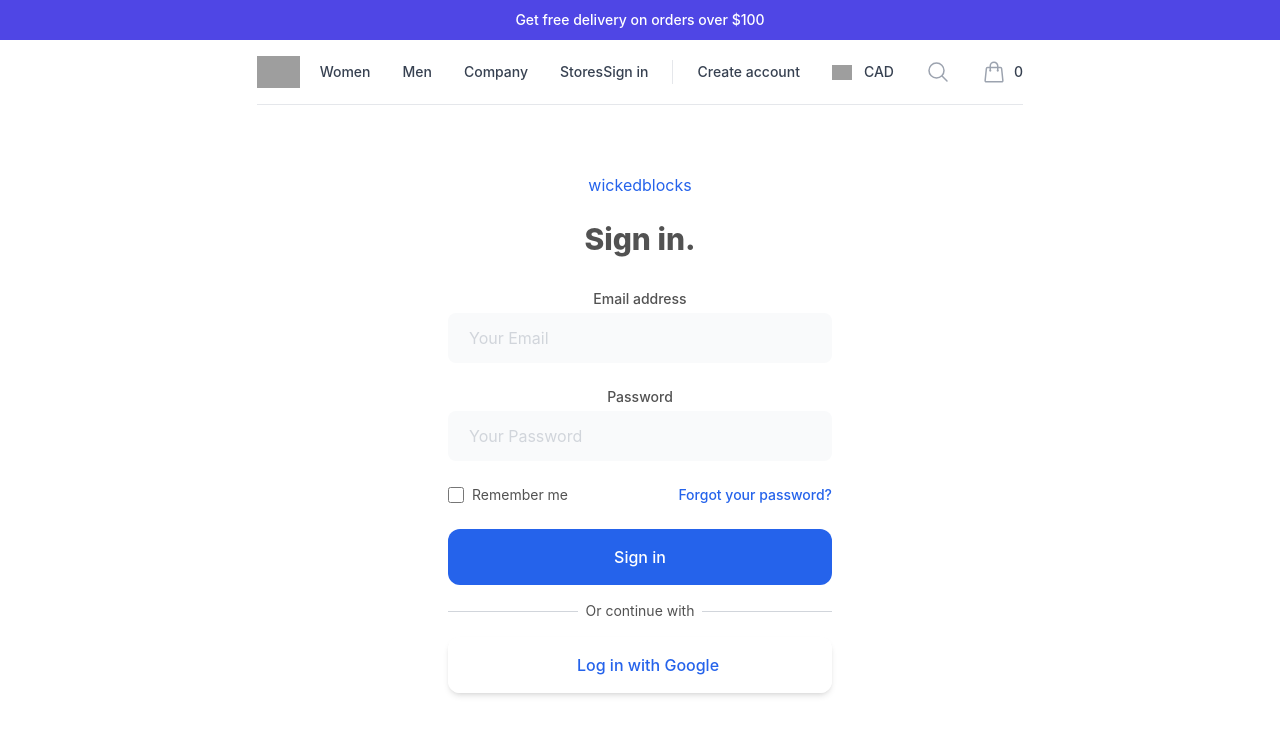
Repository: mehedi9465/Maiden_Wears
Page: /login
The author's editor kept a copy of each file at every save. The page is drawn from the files as they stood at one save, then again after the next save.
The browser window is 1280 px wide. The pictures show the whole page.
Pictures or frames that could not be fetched are drawn as grey boxes. The page's requests for data from a server got no answer. The project was rebuilt for these pictures with package versions that can differ from the ones it lists, and the page was loaded fresh each time. No one was signed in, and anything a server would have sent is missing. Also part of the build but not shown: src/Components/Home/Promo/Promo.js, src/Components/Home/NewArrivals/NewArrivals.js, src/Components/Home/Brands/Brands.js, src/Components/Home/Home/Home.js, src/Components/Authentication/Register/Register.js, src/Components/Products/Products.js.

Above is the page before, as saved 2022-12-29 19:48:17.

### src/App.js
import logo from "./logo.svg";
import "./App.css";
import Navigation from "./Components/Home/Navigation/Navigation";
import Promo from "./Components/Home/Promo/Promo";
import NewArrivals from "./Components/Home/NewArrivals/NewArrivals";
import Brands from "./Components/Home/Brands/Brands";
import Home from "./Components/Home/Home/Home";
import AuthProvider from "./Components/Authentication/context/AuthProvider";
import {
  BrowserRouter,
  BrowserRouter as Router,
  Route,
  Routes,
  useLocation,
} from "react-router-dom";
import Login from "./Components/Authentication/Login/Login";
import Register from "./Components/Authentication/Register/Register";
import Products from "./Components/Products/Products";

function App() {
  return (
    <div className="App">
      <Router>
        <AuthProvider>
          <Navigation />
          <Routes>
            <Route exact path="/" element={<Home />} />
            <Route exact path="/:routeId" element={<Products />} />
            <Route exact path="/login" element={<Login />} />
            <Route exact path="/register" element={<Register />} />
          </Routes>
        </AuthProvider>
      </Router>
    </div>
  );
}

export default App;

### src/Components/Home/Navigation/Navigation.js
import React from "react";
import { Fragment, useState } from "react";
import { Dialog, Transition } from "@headlessui/react";
import { Link } from "react-router-dom";
import {
  Bars3Icon,
  MagnifyingGlassIcon,
  ShoppingBagIcon,
  XMarkIcon,
} from "@heroicons/react/24/outline";

const pages = [
  { name: "women", href: "#" },
  { name: "men", href: "#" },
  { name: "company", href: "#" },
  { name: "stores", href: "#" },
];

const Navigation = () => {
  const [open, setOpen] = useState(false);

  return (
    <div className="bg-white">
      {/* Mobile menu */}
      <Transition.Root show={open} as={Fragment}>
        <Dialog as="div" className="relative z-40 lg:hidden" onClose={setOpen}>
          <Transition.Child
            as={Fragment}
            enter="transition-opacity ease-linear duration-300"
            enterFrom="opacity-0"
            enterTo="opacity-100"
            leave="transition-opacity ease-linear duration-300"
            leaveFrom="opacity-100"
            leaveTo="opacity-0"
          >
            <div className="fixed inset-0 bg-black bg-opacity-25" />
          </Transition.Child>

          <div className="fixed inset-0 z-40 flex">
            <Transition.Child
              as={Fragment}
              enter="transition ease-in-out duration-300 transform"
              enterFrom="-translate-x-full"
              enterTo="translate-x-0"
              leave="transition ease-in-out duration-300 transform"
              leaveFrom="translate-x-0"
              leaveTo="-translate-x-full"
            >
              <Dialog.Panel className="relative flex w-full max-w-xs flex-col overflow-y-auto bg-white pb-12 shadow-xl">
                <div className="flex px-4 pt-5 pb-2">
                  <button
                    type="button"
                    className="-m-2 inline-flex items-center justify-center rounded-md p-2 text-gray-400"
                    onClick={() => setOpen(false)}
                  >
                    <span className="sr-only">Close menu</span>
                    <XMarkIcon className="h-6 w-6" aria-hidden="true" />
                  </button>
                </div>

                <div className="space-y-6 border-t border-gray-200 py-6 px-4">
                  {pages.map((page) => (
                    <div key={page.name} className="flow-root ">
                      <Link
                        to={`/${page}`}
                        className="-m-2 block p-2 font-medium text-gray-900"
                      >
                        <span className="capitalize">{page.name}</span>
                      </Link>
                    </div>
                  ))}
                </div>

                <div className="space-y-6 border-t border-gray-200 py-6 px-4">
                  <div className="flow-root">
                    <Link
                      to="/login"
                      className="-m-2 block p-2 font-medium text-gray-900"
                    >
                      Sign in
                    </Link>
                  </div>
                  <div className="flow-root">
                    <Link
                      to="/register"
                      className="-m-2 block p-2 font-medium text-gray-900"
                    >
                      Create account
                    </Link>
                  </div>
                </div>

                <div className="border-t border-gray-200 py-6 px-4">
                  <a href="#" className="-m-2 flex items-center p-2">
                    <img
                      src="https://tailwindui.com/img/flags/flag-canada.svg"
                      alt=""
                      className="block h-auto w-5 flex-shrink-0"
                    />
                    <span className="ml-3 block text-base font-medium text-gray-900">
                      CAD
                    </span>
                    <span className="sr-only">, change currency</span>
                  </a>
                </div>
              </Dialog.Panel>
            </Transition.Child>
          </div>
        </Dialog>
      </Transition.Root>

      {/* Mobile Menu  */}

      <header className="relative bg-white">
        <p className="flex h-10 items-center justify-center bg-indigo-600 px-4 text-sm font-medium text-white sm:px-6 lg:px-8">
          Get free delivery on orders over $100
        </p>

        <nav
          aria-label="Top"
          className="mx-auto w-fit px-4 sm:px-6 lg:px-0"
        >
          <div className="border-b border-gray-200">
            <div className="flex h-16 items-center">
              <button
                type="button"
                className="rounded-md bg-white p-2 text-gray-400 lg:hidden"
                onClick={() => setOpen(true)}
              >
                <span className="sr-only">Open menu</span>
                <Bars3Icon className="h-6 w-6" aria-hidden="true" />
              </button>

              {/* Logo */}
              <div className="ml-4 flex lg:ml-0">
                <Link to="/">
                  <img
                    className="h-8 w-auto mr-5"
                    src="https://tailwindui.com/img/logos/mark.svg?color=indigo&shade=600"
                    alt=""
                  />
                </Link>
              </div>

              {/* Flyout menus */}
              <div className="flex h-full space-x-8">
                {pages.map((page) => (
                  <Link
                    to={`/${page}`}
                    key={page.name}
                    href={page.href}
                    className="flex items-center text-sm font-medium text-gray-700 hover:text-gray-800"
                  >
                    <span className="capitalize">{page.name}</span>
                  </Link>
                ))}
              </div>

              <div className="ml-auto flex items-center">
                <div className="hidden lg:flex lg:flex-1 lg:items-center lg:justify-end lg:space-x-6">
                  <Link
                    to="/login"
                    className="text-sm font-medium text-gray-700 hover:text-gray-800"
                  >
                    Sign in
                  </Link>
                  <span className="h-6 w-px bg-gray-200" aria-hidden="true" />
                  <Link
                    to="/register"
                    className="text-sm font-medium text-gray-700 hover:text-gray-800"
                  >
                    Create account
                  </Link>
                </div>

                <div className="hidden lg:ml-8 lg:flex">
                  <a
                    href="#"
                    className="flex items-center text-gray-700 hover:text-gray-800"
                  >
                    <img
                      src="https://tailwindui.com/img/flags/flag-canada.svg"
                      alt=""
                      className="block h-auto w-5 flex-shrink-0"
                    />
                    <span className="ml-3 block text-sm font-medium">CAD</span>
                    <span className="sr-only">, change currency</span>
                  </a>
                </div>

                {/* Search */}
                <div className="flex lg:ml-6">
                  <a href="#" className="p-2 text-gray-400 hover:text-gray-500">
                    <span className="sr-only">Search</span>
                    <MagnifyingGlassIcon
                      className="h-6 w-6"
                      aria-hidden="true"
                    />
                  </a>
                </div>

                {/* Cart */}
                <div className="ml-4 flow-root lg:ml-6">
                  <a href="#" className="group -m-2 flex items-center p-2">
                    <ShoppingBagIcon
                      className="h-6 w-6 flex-shrink-0 text-gray-400 group-hover:text-gray-500"
                      aria-hidden="true"
                    />
                    <span className="ml-2 text-sm font-medium text-gray-700 group-hover:text-gray-800">
                      0
                    </span>
                    <span className="sr-only">items in cart, view bag</span>
                  </a>
                </div>
              </div>
            </div>
          </div>
        </nav>
      </header>
      {/* Big Screen menu */}
    </div>
  );
};

export default Navigation;

### src/Components/Authentication/context/AuthProvider.js
import React, { createContext } from 'react';
import useFirebase from '../hooks/useFirebase';

export const AuthContext = createContext();

const AuthProvider = ({ children }) => {
    const allContext = useFirebase();
    return (
        <AuthContext.Provider value={allContext}>
            { children }
        </AuthContext.Provider>
    );
};

export default AuthProvider;

### src/Components/Authentication/Login/Login.js
import React from "react";

const Login = () => {
  return (
    <div>
      <section class=" overflow-hidden">
    <div class="flex min- overflow-hidden flex justify-center mt-5">
        <div class="flex flex-col justify-center flex-1 px-4 py-12 overflow-hidden sm:px-6 lg:flex-none lg:px-20 xl:px-24">
            <div class="w-full max-w-xl mx-auto lg:w-96">
                <div>
                    <a href="./index.html" class="text-blue-600 text-medium">wickedblocks</a>
                    <h2 class="mt-6 text-3xl font-extrabold text-neutral-600">Sign in.</h2>
                </div>

                <div class="mt-8">
                    <div class="mt-6">
                        <form action="#" method="POST" class="space-y-6">
                            <div>
                                <label for="email" class="block text-sm font-medium text-neutral-600"> Email address </label>
                                <div class="mt-1">
                                    <input id="email" name="email" type="email" autocomplete="email" required="" placeholder="Your Email" class="block w-full px-5 py-3 text-base text-neutral-600 placeholder-gray-300 transition duration-500 ease-in-out transform border border-transparent rounded-lg bg-gray-50 focus:outline-none focus:border-transparent focus:ring-2 focus:ring-white focus:ring-offset-2 focus:ring-offset-gray-300"/>
                                </div>
                            </div>

                            <div class="space-y-1">
                                <label for="password" class="block text-sm font-medium text-neutral-600"> Password </label>
                                <div class="mt-1">
                                    <input id="password" name="password" type="password" autocomplete="current-password" required="" placeholder="Your Password" class="block w-full px-5 py-3 text-base text-neutral-600 placeholder-gray-300 transition duration-500 ease-in-out transform border border-transparent rounded-lg bg-gray-50 focus:outline-none focus:border-transparent focus:ring-2 focus:ring-white focus:ring-offset-2 focus:ring-offset-gray-300"/>
                                </div>
                            </div>

                            <div class="flex items-center justify-between">
                                <div class="flex items-center">
                                    <input id="remember-me" name="remember-me" type="checkbox" placeholder="Your password" class="w-4 h-4 text-blue-600 border-gray-200 rounded focus:ring-blue-500" />
                                    <label for="remember-me" class="block ml-2 text-sm text-neutral-600"> Remember me </label>
                                </div>

                                <div class="text-sm">
                                    <a href="#" class="font-medium text-blue-600 hover:text-blue-500"> Forgot your password? </a>
                                </div>
                            </div>

                            <div>
                                <button type="submit" class="flex items-center justify-center w-full px-10 py-4 text-base font-medium text-center text-white transition duration-500 ease-in-out transform bg-blue-600 rounded-xl hover:bg-blue-700 focus:outline-none focus:ring-2 focus:ring-offset-2 focus:ring-blue-500">Sign in</button>
                            </div>
                        </form>
                        <div class="relative my-4">
                            <div class="absolute inset-0 flex items-center">
                                <div class="w-full border-t border-gray-300"></div>
                            </div>
                            <div class="relative flex justify-center text-sm">
                                <span class="px-2 text-neutral-600 bg-white"> Or continue with </span>
                            </div>
                        </div>
                        <div>
                            <button type="submit" class="w-full items-center block px-10 py-3.5 text-base font-medium text-center text-blue-600 transition duration-500 ease-in-out transform border-2 border-white shadow-md rounded-xl focus:outline-none focus:ring-2 focus:ring-offset-2 focus:ring-gray-500">
                                <div class="flex items-center justify-center">
                                    {/* <svg xmlns="http://www.w3.org/2000/svg" xmlns:xlink="http://www.w3.org/1999/xlink" class="w-6 h-6" viewBox="0 0 48 48">
                                        <defs>
                                            <path id="a" d="M44.5 20H24v8.5h11.8C34.7 33.9 30.1 37 24 37c-7.2 0-13-5.8-13-13s5.8-13 13-13c3.1 0 5.9 1.1 8.1 2.9l6.4-6.4C34.6 4.1 29.6 2 24 2 11.8 2 2 11.8 2 24s9.8 22 22 22c11 0 21-8 21-22 0-1.3-.2-2.7-.5-4z"></path>
                                        </defs>
                                        <clipPath id="b">
                                            <use xlink:href="#a" overflow="visible"></use>
                                        </clipPath>
                                        <path clip-path="url(#b)" fill="#FBBC05" d="M0 37V11l17 13z"></path>
                                        <path clip-path="url(#b)" fill="#EA4335" d="M0 11l17 13 7-6.1L48 14V0H0z"></path>
                                        <path clip-path="url(#b)" fill="#34A853" d="M0 37l30-23 7.9 1L48 0v48H0z"></path>
                                        <path clip-path="url(#b)" fill="#4285F4" d="M48 48L17 24l-4-3 35-10z"></path>
                                    </svg> */}
                                    <span class="ml-4"> Log in with Google</span>
                                </div>
                            </button>
                        </div>
                    </div>
                </div>
            </div>
        </div>
    </div>
</section>
    </div>
  );
};

export default Login;

### src/Components/Authentication/hooks/useFirebase.js
import { useEffect, useState } from "react";
import initializeAuth from "../Firebase/Firebase.initialize";
import {
  GoogleAuthProvider,
  getAuth,
  signInWithPopup,
  onAuthStateChanged,
  signOut,
  createUserWithEmailAndPassword,
  updateProfile,
  signInWithEmailAndPassword,
} from "firebase/auth";
import swal from "sweetalert";
import axios from "axios";

initializeAuth();

const useFirebase = () => {
  const [user, setUser] = useState({});
  const [error, setError] = useState("");
  const [isLoading, setIsLoading] = useState(true);
  const [isAdmin, setIsAdmin] = useState();

  const auth = getAuth();
  const googleProvider = new GoogleAuthProvider();

  const googleSignIn = (location, history) => {
    setIsLoading(true);
    signInWithPopup(auth, googleProvider)
      .then((res) => {
        const user = res.user;
        saveUser(user.email, user.displayName, "PUT");
        setError("");
        const des = location?.state?.from || "/";
        history.replace(des);
      })
      .catch((e) => setError(e.message))
      .finally(() => setIsLoading(false));
  };

  const registerUser = (name, email, password) => {
    setIsLoading(true);
    createUserWithEmailAndPassword(auth, email, password)
      .then((userCredential) => {
        setError("");
        saveUser(email, name, "POST");
        updateProfile(auth.currentUser, {
          displayName: name,
        })
          .then(() => {})
          .catch((e) => setError(e.message));
      })
      .catch((e) => setError(e.message))
      .finally(() => setIsLoading(false));
  };

  const loginUser = (email, password, location, history) => {
    setIsLoading(true);
    signInWithEmailAndPassword(auth, email, password)
      .then((userCredential) => {
        setError("");
        const des = location?.state?.from || "/";
        history.replace(des);
      })
      .catch((e) => setError(e.message))
      .finally(() => setIsLoading(false));
  };

  const logOut = () => {
    signOut(auth)
      .then(() => {})
      .catch((e) => setError(e.message));
  };

  const saveUser = (email, displayName, method) => {
    const user = { email, displayName };
    fetch("https://bikezone-server-hg7c.onrender.com/users", {
      method: method,
      headers: {
        "content-type": "application/json",
      },
      body: JSON.stringify(user),
    })
      .then((res) => res.json())
      .then((data) => {
        console.log(data);
        if (data.insertedId || data.acknowledged) {
          swal({
            title: "Welcome!",
            icon: "success",
            button: "ok",
          });
        } else {
          swal({
            title: "Something Went Wrong!",
            icon: "error",
            button: "ok",
          });
        }
      });
  };

  useEffect(() => {
    onAuthStateChanged(auth, (user) => {
      if (user) {
        setUser(user);
      } else {
        setUser({});
      }
      setIsLoading(false);
    });
  }, [auth]);

  useEffect(() => {
    if (user?.email) {
      axios
        .get(
          `https://bikezone-server-hg7c.onrender.com/users?email=${user?.email}`
        )
        .then(({ data }) => setIsAdmin(data.admin));
    }
  }, [user?.email]);

  return {
    user,
    error,
    isLoading,
    isAdmin,
    googleSignIn,
    registerUser,
    loginUser,
    logOut,
  };
};

export default useFirebase;

### src/Components/Authentication/Firebase/Firebase.initialize.js
import { initializeApp } from "firebase/app";
import firebaseConfig from "./Firebase.config";

const initializeAuth = () => {
    initializeApp(firebaseConfig);
}

export default initializeAuth;

### src/Components/Authentication/Firebase/Firebase.config.js
const firebaseConfig = {
  apiKey: process.env.REACT_APP_API_KEY,
  authDomain: process.env.REACT_APP_AUTH_DOMAIN,
  projectId: process.env.REACT_APP_PROJECT_ID,
  storageBucket: process.env.REACT_APP_STORAGE_BUCKET,
  messagingSenderId: process.env.REACT_APP_MESSAGING_SENDER_ID,
  appId: process.env.REACT_APP_ID,
};

export default firebaseConfig;

Loaded but not shown: public/index.html (common file); src/index.js (common file); src/index.css (common file); src/reportWebVitals.js (common file); src/App.css (common file); tailwind.config.js (common file)

After the next save:
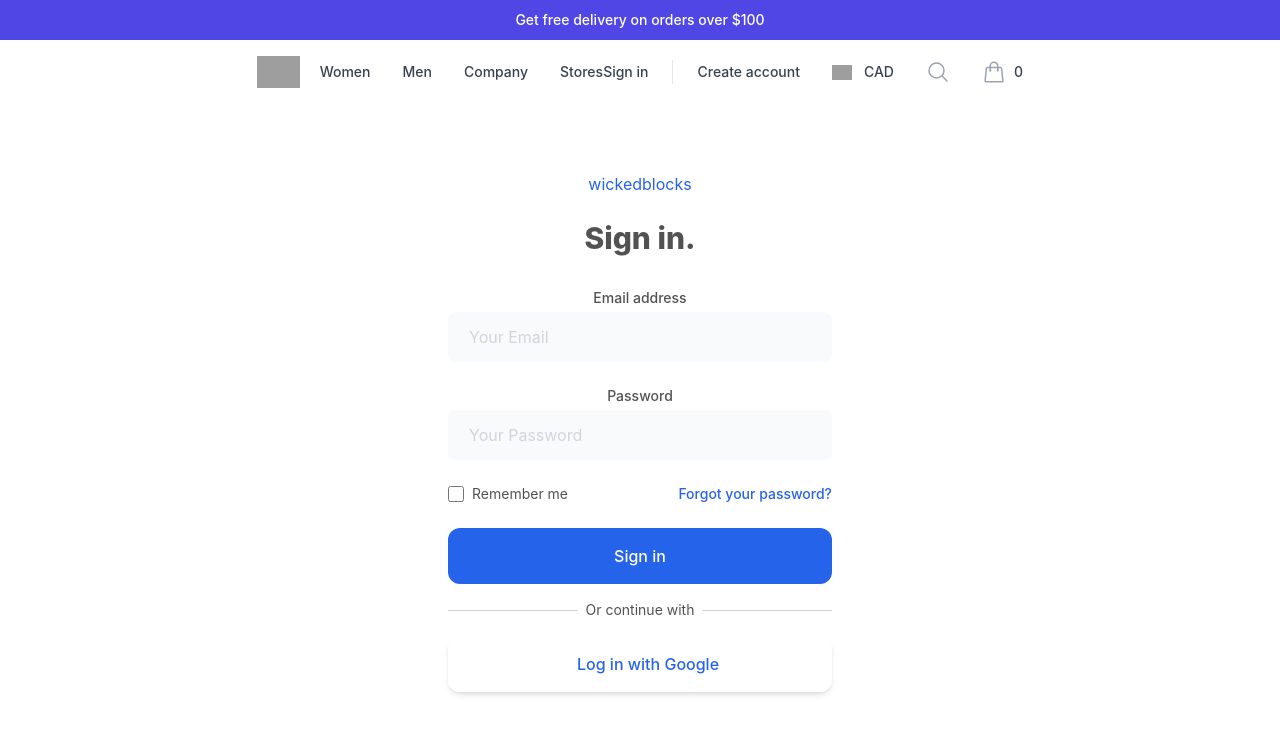
Saved 5 s later.
--- a/src/Components/Home/Navigation/Navigation.js
+++ b/src/Components/Home/Navigation/Navigation.js
@@ -120,7 +120,7 @@
           aria-label="Top"
           className="mx-auto w-fit px-4 sm:px-6 lg:px-0"
         >
-          <div className="border-b border-gray-200">
+          <div className="">
             <div className="flex h-16 items-center">
               <button
                 type="button"

After the save that followed:
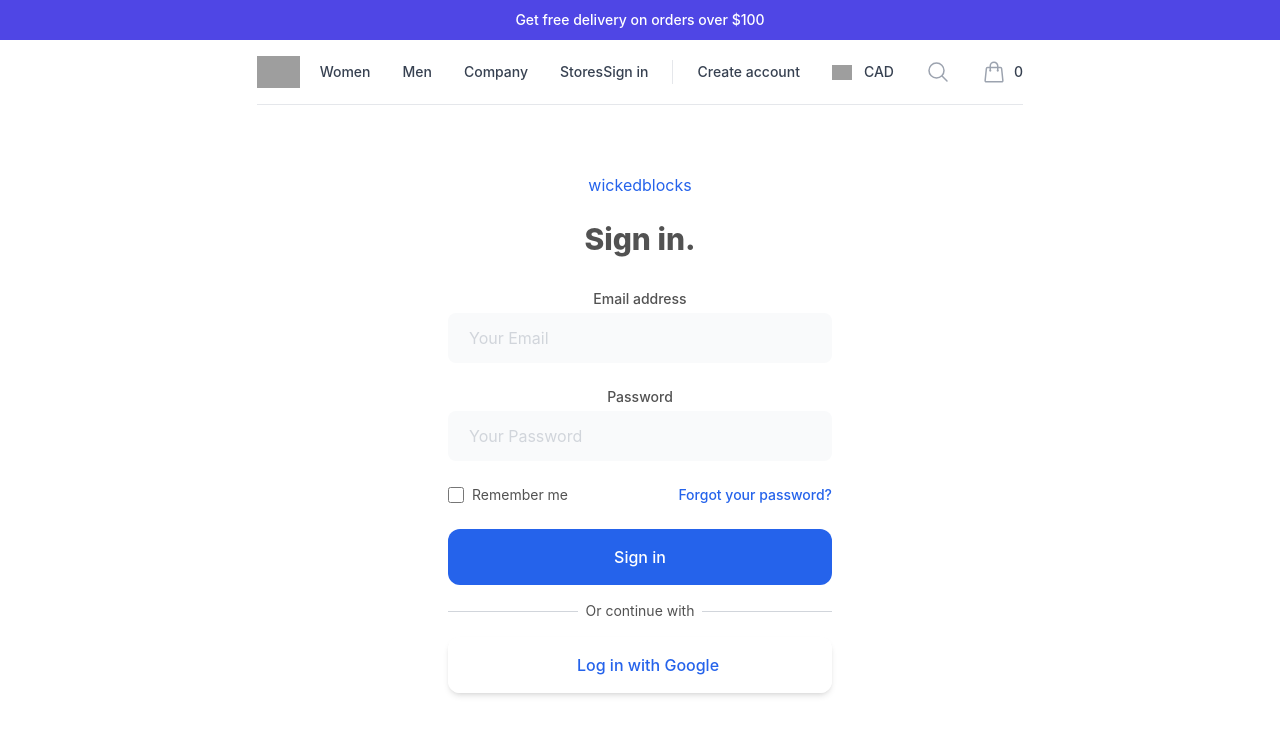
Saved 6 s later.
--- a/src/Components/Home/Navigation/Navigation.js
+++ b/src/Components/Home/Navigation/Navigation.js
@@ -118,7 +118,7 @@
 
         <nav
           aria-label="Top"
-          className="mx-auto w-fit px-4 sm:px-6 lg:px-0"
+          className="mx-auto w-fit px-4 sm:px-6 lg:px-0 border-b border-gray-200"
         >
           <div className="">
             <div className="flex h-16 items-center">
